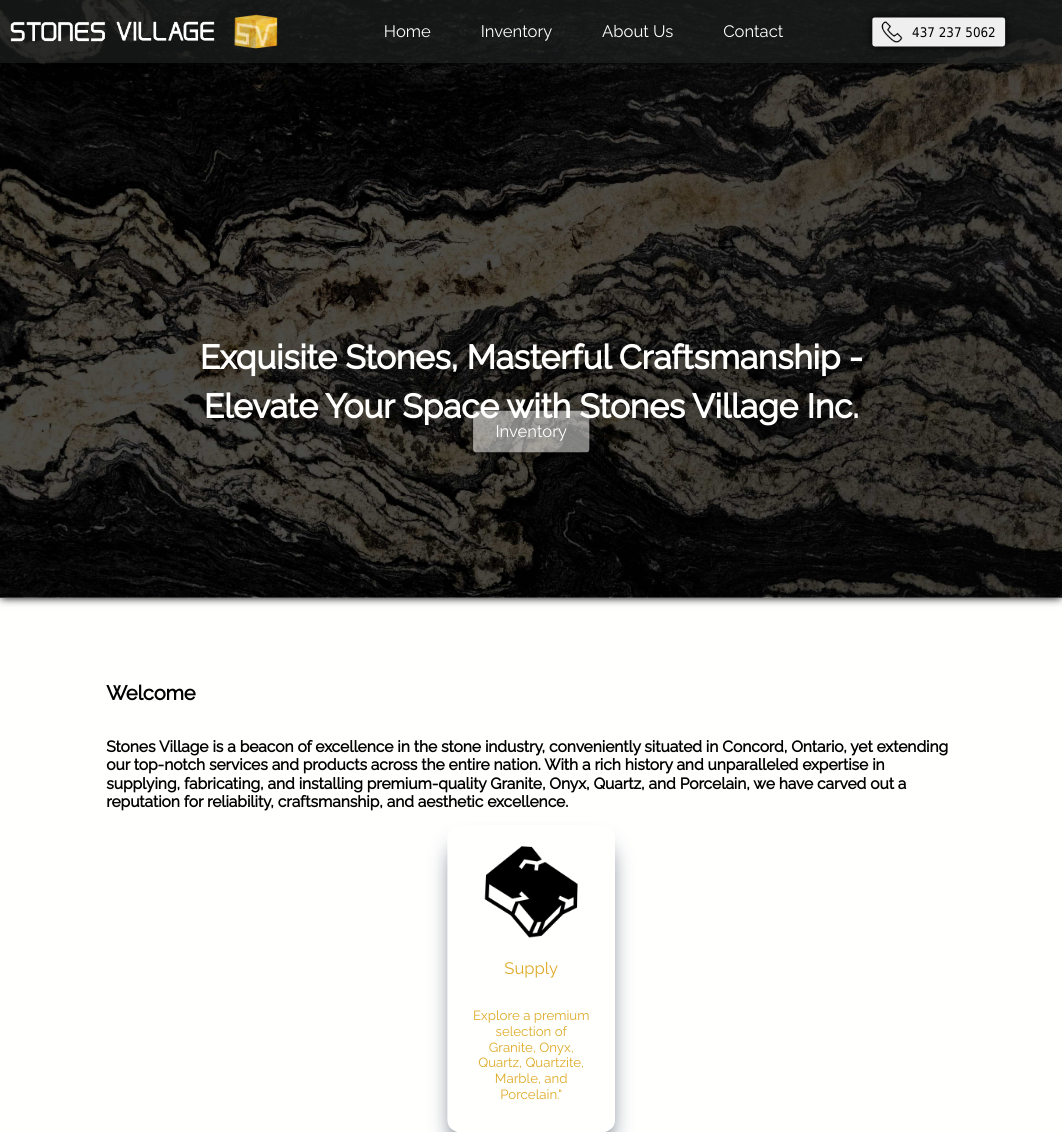
Repository: shayanabedi98/Stones-Village
Page: index.html
The author's editor kept a copy of each file at every save. The page is drawn from the files as they stood at one save, then again after the next save.
The browser window is 1280 px wide. The pictures show the whole page, at 83% of full size.
Backgrounds fixed to the window are drawn as part of the page.

Above is the page before, as saved 2023-10-22 16:35:18.

After the next save:
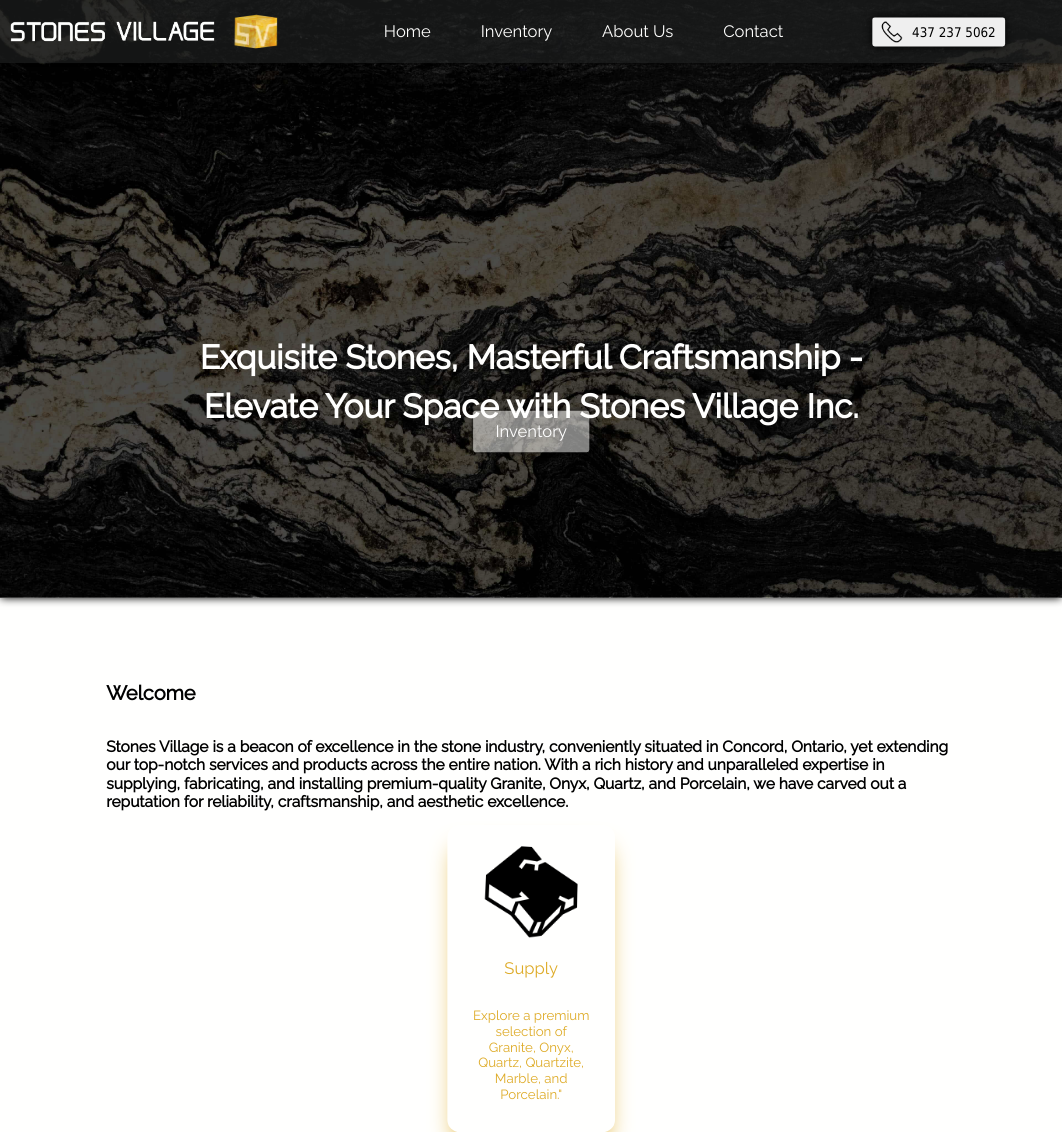
Saved 10 s later.
--- a/styles.css
+++ b/styles.css
@@ -172,7 +172,7 @@ body {
     display: grid;
     justify-items: center;
     border-radius: 15px;
-    box-shadow: rgb(38, 57, 77) 0px 20px 30px -10px;
+    box-shadow: #DEAB27 0px 20px 30px -10px;
     text-align: center;
     padding: 20px 5px;
 }
